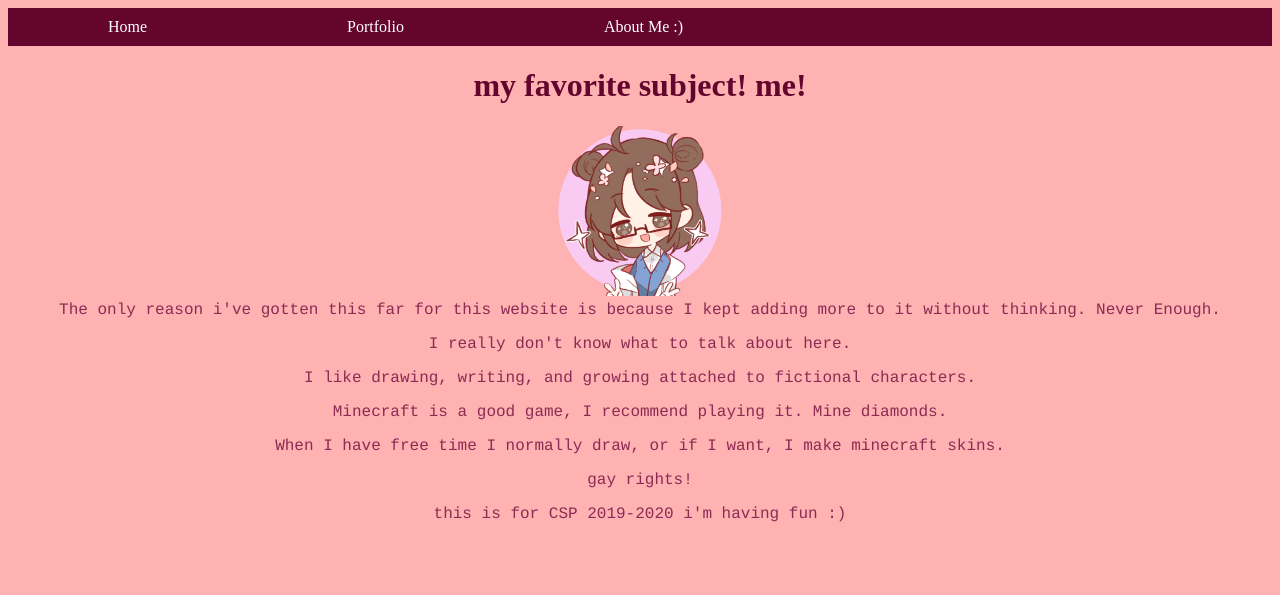
Repository: ycano1934/ycano1934.github.io
Page: my_website/about.html
The author's editor kept a record of every edit. The page is drawn from the files as they stood at one moment, then again after the next edit.
The browser window is 1280 px wide. The pictures show the whole page.

Above is the page before.

After the next edit:
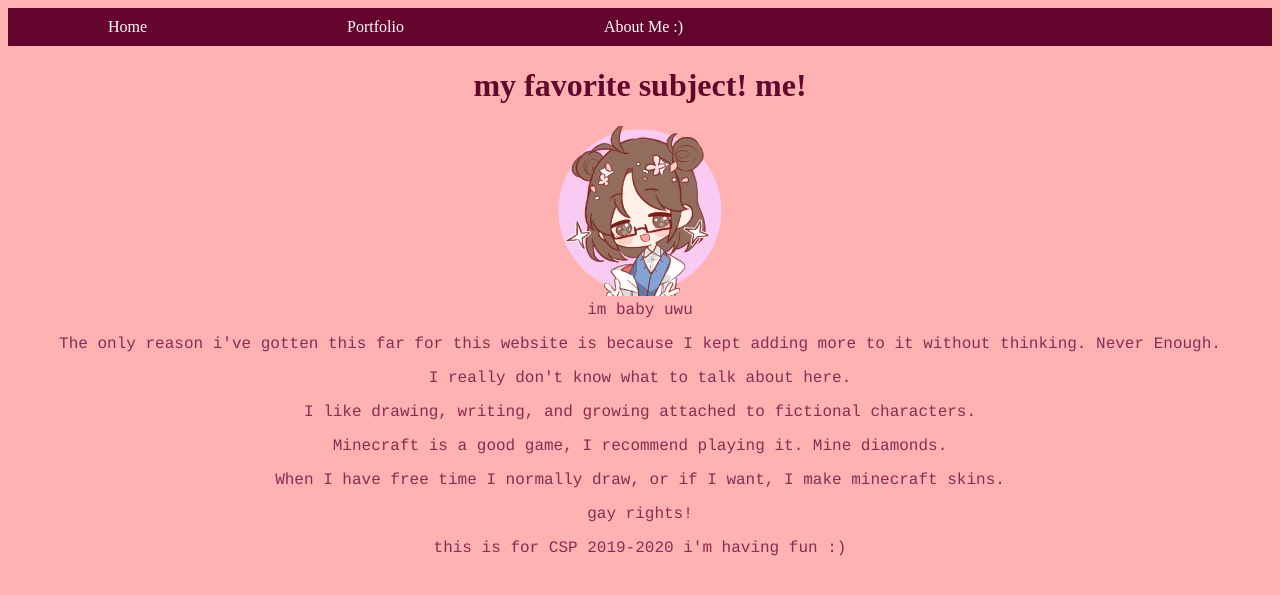
The edit:
--- a/my_website/about.html
+++ b/my_website/about.html
@@ -63,7 +63,8 @@
 
         <p id="paragraphlook" style="text-align:center;">
           <img src="images/avatar.png" height="170" width="170"><br>
-            The only reason i've gotten this far for this website is because I kept adding more to it without thinking. Never Enough.</p>
+            im baby uwu</p>
+            <p id="paragraphlook" style="text-align:center;">The only reason i've gotten this far for this website is because I kept adding more to it without thinking. Never Enough.</p>
             <p id="paragraphlook" style="text-align:center;">I really don't know what to talk about here.</p>
             <p id="paragraphlook" style="text-align:center;">I like drawing, writing, and growing attached to fictional characters.</p>
             <p id="paragraphlook" style="text-align:center;">Minecraft is a good game, I recommend playing it. Mine diamonds.</p>
